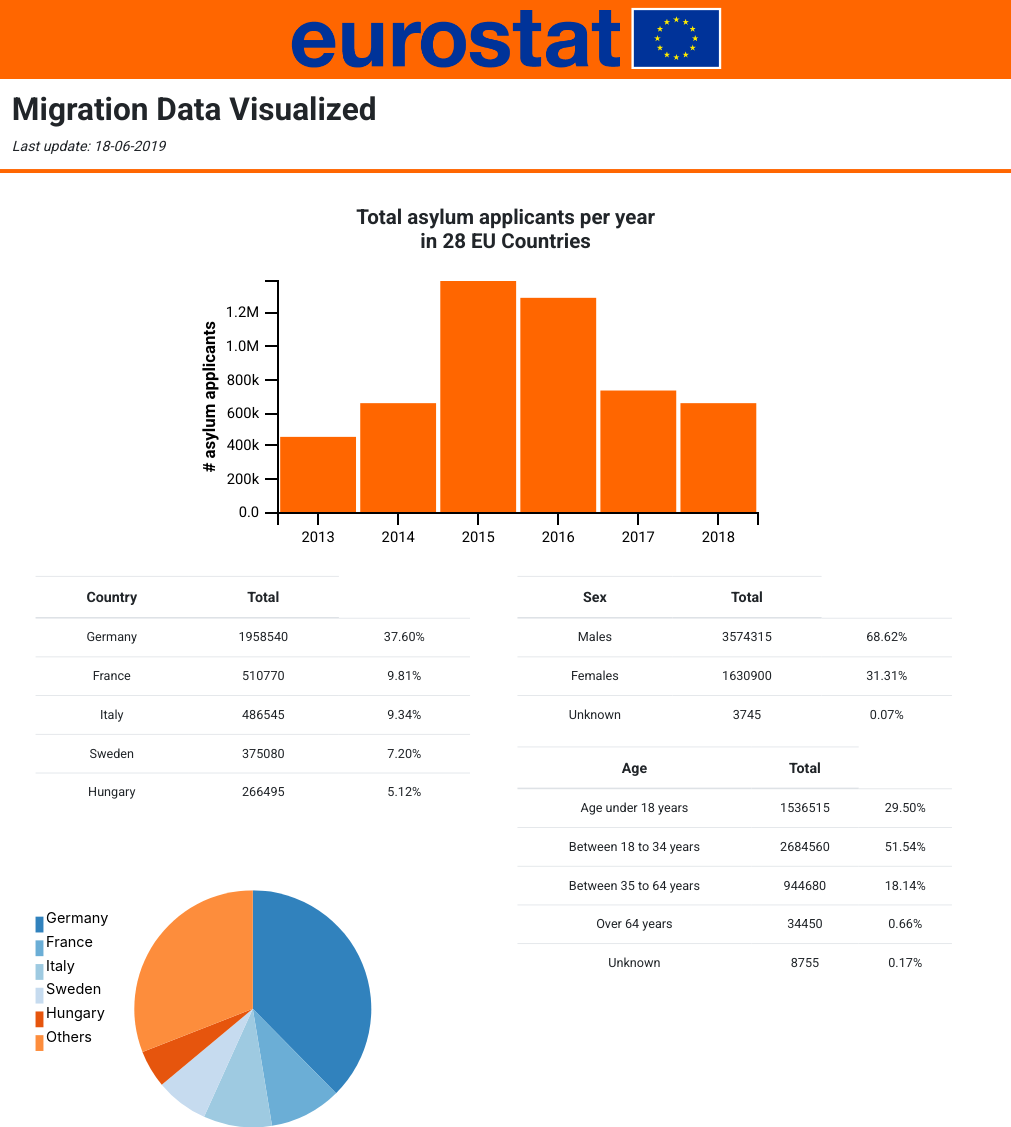
Repository: rory81/eurostat-migration-db
Page: index.html
The author's editor kept a record of every edit. The page is drawn from the files as they stood at one moment, then again after the next edit.
The browser window is 1280 px wide. The pictures show the whole page, at 79% of full size.
Some web libraries are served in a nearby version.

Above is the page before.

### index.html
<!DOCTYPE html>
<html>

<head>
    <meta charset="UTF-8">
    <meta name="viewport" content="width=device-width, initial-scale=1.0">
    <meta http-equiv="X-UA-Compatible" content="ie=edge">
    <link rel="stylesheet" href="https://stackpath.bootstrapcdn.com/bootstrap/4.3.1/css/bootstrap.min.css" integrity="sha384-ggOyR0iXCbMQv3Xipma34MD+dH/1fQ784/j6cY/iJTQUOhcWr7x9JvoRxT2MZw1T" crossorigin="anonymous">
    <link rel="stylesheet" href="https://use.fontawesome.com/releases/v5.8.1/css/all.css" integrity="sha384-50oBUHEmvpQ+1lW4y57PTFmhCaXp0ML5d60M1M7uH2+nqUivzIebhndOJK28anvf" crossorigin="anonymous">
    <link rel="stylesheet" href="assets/css/dc.min.css" type="text/css" />
    <link rel="stylesheet" href="assets/css/style.css" type="text/css" />

    <title>Eurostat Migration Data </title>
</head>

<body>
    <header>
        <div class="col-12 logo no-gutters container-fluid text-center">
            <img src="assets/images/eurostat logo3.png"></img>
        </div>
        <div class="col-12 title container-fluid">
            <h1>Migration Data Visualized</h1>
            <p>Last update: 18-06-2019</p>
        </div>
    </header>
    <div class="col-12 no-gutters container-fluid text-center totalGraph">
        <h3>Total asylum applicants per year <br>in 28 EU Countries</h3>
        <div id="total_asylum_applications_per_year" class="center-graphs"></div>
    </div>
    <div class="col-12 no-gutters container-fluid">
        <div class="row no gutters container-fluid">
            <div class="col-md-6 col-sm-12 text-center">
                <!--<h3>Top 5 Countries</h3>-->
                <div class="col-12 no-gutters container-fluid mx-auto countryTable">
                    <table class='table' id='top-5'>
                        <thead>
                            <tr class='header'>
                                <th>Country</th>
                                <th>Total</th>
                            </tr>
                        </thead>
                    </table>
                </div>
                <div id="top-5-pie" class="col-12 no-gutters container-fluid mx-auto"></div>
            </div>
            <div class="col-md-6 col-sm-12 text-center">
                <!--<h3>Sex</h3>-->
                <div class="col-12 no-gutters container-fluid mx-auto">
                    <table class='table' id="sexTable">
                        <thead>
                            <tr class='header'>
                                <th>Sex</th>
                                <th>Total</th>
                            </tr>
                        </thead>
                    </table>
                </div>
                <!--<h3>Age</h3>-->
                <div class="col-12 no-gutters container-fluid mx-auto">
                    <table class='table' id="ageTable">
                        <thead>
                            <tr class='header'>
                                <th>Age</th>
                                <th>Total</th>
                            </tr>
                        </thead>
                    </table>
                </div>

            </div>
        </div>
    </div>

    <script src="https://code.jquery.com/jquery-3.3.1.slim.min.js" integrity="sha384-q8i/X+965DzO0rT7abK41JStQIAqVgRVzpbzo5smXKp4YfRvH+8abtTE1Pi6jizo" crossorigin="anonymous"></script>
    <script src="https://cdnjs.cloudflare.com/ajax/libs/popper.js/1.14.7/umd/popper.min.js" integrity="sha384-UO2eT0CpHqdSJQ6hJty5KVphtPhzWj9WO1clHTMGa3JDZwrnQq4sF86dIHNDz0W1" crossorigin="anonymous"></script>
    <script src="https://stackpath.bootstrapcdn.com/bootstrap/4.3.1/js/bootstrap.min.js" integrity="sha384-JjSmVgyd0p3pXB1rRibZUAYoIIy6OrQ6VrjIEaFf/nJGzIxFDsf4x0xIM+B07jRM" crossorigin="anonymous"></script>

    <script type="text/javascript" src="assets/js/d3.min.js"></script>
    <script type="text/javascript" src="assets/js/crossfilter.min.js"></script>
    <script type="text/javascript" src="assets/js/dc.min.js"></script>
    <script type="text/javascript" src="assets/js/queue.min.js"></script>
    <script type="text/javascript" src="assets/js/main.js"></script>
</body>

</html>

### assets/css/style.css
/*Fonts*/

@import url('https://fonts.googleapis.com/css?family=Roboto:100,200,300,400,500,600,700|Exo:100,200,300,400,500,600,700|Assistant:100,200,300,400,500,600,700');

/*reset standard padding and margin*/

body {
    margin: 0;
    padding: 0;
}


/*HEADER*/

.logo {
    background-color: #FF6600;
    height: 50px;
}

.logo img {
    max-width: auto;
    height: 100%;
    padding: 10px 0px;
}

.title {
    font-family: "Roboto", sans-serif;
    padding-top: 15px;
    border-bottom: solid 5px #FF6600;
}

.title h1 {
    font-weight: bold;
    font-size: 25px;
}

.title p {
    font-size: 12px;
    font-style: italic;
}

/*GENERAL STYLING*/

h3 {
    margin-top: 10px;
    font-size: 12px;
    font-weight: bold;
    font-family: "Roboto", sans-serif;
}


/*TOTAL_ASYLUM_APPL_GRAPH*/

.center-graphs.dc-chart {
    display: block;
    margin: 0 auto;
    float: none;
}

.y-axis-label {
    font-family: "Roboto", sans-serif;
    font-weight: bold;
    font-size: 8px;
}


.dc-chart .axis text {
    font: 7px "Roboto";
}


.totalGraph {

    margin-bottom: 20px;
    background-color: white;

}

.countryTable,
.countryPie,
.sexTable {
    margin-bottom: 50px;
}

.countryPie text {
    font-family: "Roboto", sans-serif;
    font-size: 11px;
}

.btn-primary {
    background-color: #003399;
}

.btn {
    font-size: 14px;
}

/*DATA_TABLES*/

th {
    font-size: 12px;
    font-weight: bold;
    font-family: "Roboto", sans-serif;
}

td {
    font-size: 10px;
    font-family: "Roboto", sans-serif;
}



@media (min-width:576px) {
    HEADER .logo {
        height: 100px;

    }
    .title h1 {
        font-size: 40px;
    }
    .title p {
        font-size: 18px;
    }



    @media (min-width:720px) {
        /*TOTAL_ASYLUM_APPL_GRAPH*/
        h3 {
            margin-top: 40px;
            font-size: 18px;
        }

        /*DATA_TABLES*/
        th {
            font-size: 18px;
        }

        td {
            font-size: 16px;
        }


        .countryTable {
            margin-bottom: 100px;
        }
        .sexTable {
            margin-bottom: 180px;
        }
        .totalGraph {
            margin-bottom: 0px;
        }

        .countryPie svg {
            height: 200px;
        }

        .countryPie text {
            font-size: 12px;
        }
    }



    @media (min-width:1024px) {
        /*TOTAL_ASYLUM_APPL_GRAPH*/
        h3 {
            font-size: 26px;
        }

        .totalGraph svg {
            width: 100%;
            height: 400px;
        }

        .countryPie text {
            font-size: 9px;
        }

        .countryPie svg {
            height: 300px;
        }

    }

    /*@media (min-width:1100px) {*/

    /*    .countryPie svg {*/
    /*        height: 350px;*/
    /*    }*/

    /*}*/

### assets/js/main.js
/*LOADING THE DATA*/
queue()
    .defer(d3.csv, "assets/data/migrationData.csv")
    .await(makeGraphs);

/*function to call on the functions for the tables and charts and apply crossfilter on them*/
function makeGraphs(error, migrData) {

    var ndx = crossfilter(migrData);

    /*Data cleaning*/
    migrData.forEach(function(d) {

        d.Value = d.Value.replace(/,/g, "");
        d.Value = +d.Value; //coerce to number

        d.AGE = d.AGE.replace(/From /g, "Between ");
        d.AGE = d.AGE.replace(/Less than /g, "Age under ");
        d.AGE = d.AGE.replace(/Unknown/g, " Unknown");
        d.AGE = d.AGE.replace(/65 years or over/g, "Over 64 years");

    });


    show_barChart(ndx);
    show_country_table(ndx);
    show_country_pie(ndx);
    show_sex_table(ndx);
    show_age_table(ndx);

    dc.renderAll();

}
/*Function to make the bar Chart with the total asylum applicants per year in 28 member states*/
function show_barChart(ndx) {
    var dim = ndx.dimension(dc.pluck("TIME"));
    var sumApplications = dim.group().reduceSum(dc.pluck("Value"));

    // Total per year according to pivot used to check the numbers after making (big) changes
    // 2013	457630
    // 2014	663250
    // 2015	1394210
    // 2016	1293210
    // 2017	735410
    // 2018	665250

    dc.barChart("#total_asylum_applications_per_year")
        .width(300)
        .height(150)
        .useViewBoxResizing(true)
        .margins({ top: 10, right: 30, bottom: 30, left: 30 })
        .dimension(dim)
        .group(sumApplications)
        .transitionDuration(500)
        .x(d3.scale.ordinal())
        .xUnits(dc.units.ordinal)
        .ordinalColors(["#FF6600"])
        .yAxisLabel("# asylum applicants")
        .yAxis().ticks(5).tickFormat(d3.format(".2s"));
}

/*Function to make the top-5 Country Table*/
function show_country_table(ndx) {
    var dataTable = dc.dataTable("#top-5");
    var countryDim = ndx.dimension(function(d) { return d.GEO; });

    var valGrpdDim = countryDim.group().reduce(

        function(p, v) {

            ++p.number;

            p.total += +v.Value;

            return p;

        },

        function(p, v) {

            --p.number;

            p.total -= +v.Value;

            return p;

        },

        function() {

            return { number: 0, total: 0 };

        });

    valGrpdDim.order(v => v.total);

    dataTable.width(800).height(800)

        .dimension(valGrpdDim)
        .group(function(d) { return "Country | Value"; })
        .showGroups(false)
        .size(5)
        .columns([function(d) { return d.key; }, function(d) { return d.value.total; }, function(d) { return ((d.value.total / (ndx.groupAll().reduceSum(dc.pluck("Value")).value())) * 100).toFixed(2) + "%"; }])
        .sortBy(function(d) { return d.value.total; })
        .order(d3.descending);
}

/*Function to make the top-5 Country Chart*/
function show_country_pie(ndx) {
    var dim = ndx.dimension(dc.pluck("GEO"));
    var top5CountryPie = dim.group().reduceSum(dc.pluck("Value"));

    dc.pieChart("#top-5-pie")
        .width(330)
        .height(180)
        .radius(90)
        .useViewBoxResizing(true)
        .dimension(dim)
        .group(top5CountryPie)
        .transitionDuration(1500)
        .cap(5)
        .legend(dc.legend().x(-6).y(20).gap(6))
        .renderLabel(false);
}

/*Function to make the Sex Table*/
function show_sex_table(ndx) {
    var dataTable = dc.dataTable("#sexTable");
    var sexDim = ndx.dimension(function(d) { return d.SEX; });

    var valGrpdDim = sexDim.group().reduce(

        function(p, v) {

            ++p.number;

            p.total += +v.Value;

            return p;

        },

        function(p, v) {

            --p.number;

            p.total -= +v.Value;

            return p;

        },

        function() {

            return { number: 0, total: 0 };

        });

    valGrpdDim.order(v => v.total);

    dataTable.width(800).height(800)

        .dimension(valGrpdDim)
        .group(function(d) { return "Sex | Value"; })
        .showGroups(false)
        .size(5)
        .columns([function(d) { return d.key; }, function(d) { return d.value.total; }, function(d) { return ((d.value.total / (ndx.groupAll().reduceSum(dc.pluck("Value")).value())) * 100).toFixed(2) + "%"; }])
        .sortBy(function(d) { return d.value.total; })
        .order(d3.descending);
}

/*Function to make the Age Table*/
function show_age_table(ndx) {
    var dataTable = dc.dataTable("#ageTable");
    var ageDim = ndx.dimension(function(d) { return d.AGE; });

    var valGrpdDim = ageDim.group().reduce(

        function(p, v) {

            ++p.number;

            p.total += +v.Value;

            return p;

        },

        function(p, v) {

            --p.number;

            p.total -= +v.Value;

            return p;

        },

        function() {

            return { number: 0, total: 0 };

        });

    dataTable.width(800).height(800)

        .dimension(valGrpdDim)
        .group(function(d) { return "Age | Value"; })
        .showGroups(false)
        .size(5)
        .columns([function(d) { return d.key; }, function(d) { return d.value.total; }, function(d) { return ((d.value.total / (ndx.groupAll().reduceSum(dc.pluck("Value")).value())) * 100).toFixed(2) + "%"; }])
        .sortBy(function(d) { return d.age; })
        .order(d3.descending);
}

Loaded but not shown: assets/css/dc.min.css (library); assets/js/d3.min.js (library); assets/js/crossfilter.min.js (library); assets/js/dc.min.js (library); assets/js/queue.min.js (common file)

After the next edit:
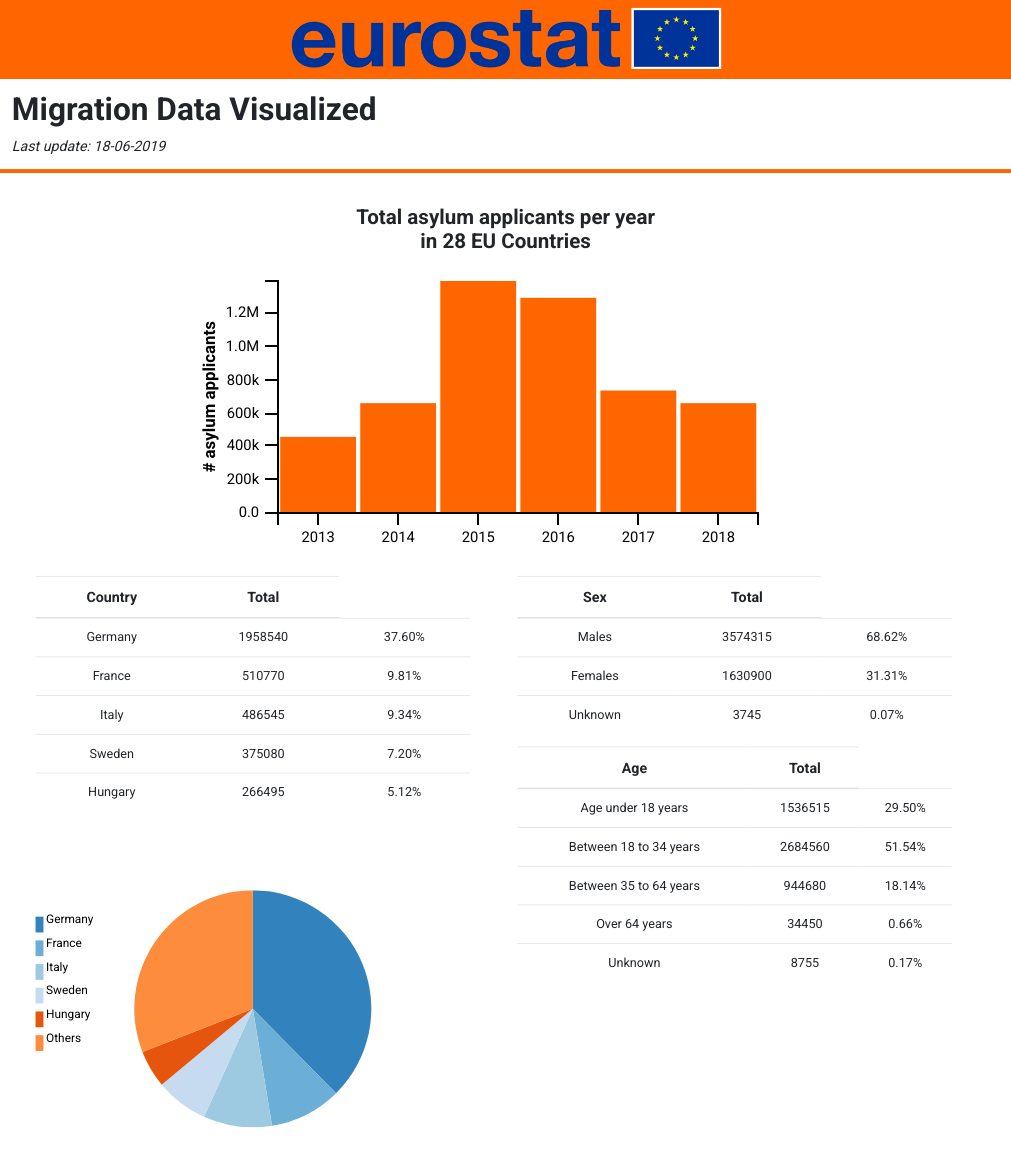
The edit:
--- a/index.html
+++ b/index.html
@@ -41,7 +41,7 @@
                         </thead>
                     </table>
                 </div>
-                <div id="top-5-pie" class="col-12 no-gutters container-fluid mx-auto"></div>
+                <div id="top-5-pie" class="col-12 no-gutters container-fluid mx-auto countryPie"></div>
             </div>
             <div class="col-md-6 col-sm-12 text-center">
                 <!--<h3>Sex</h3>-->
